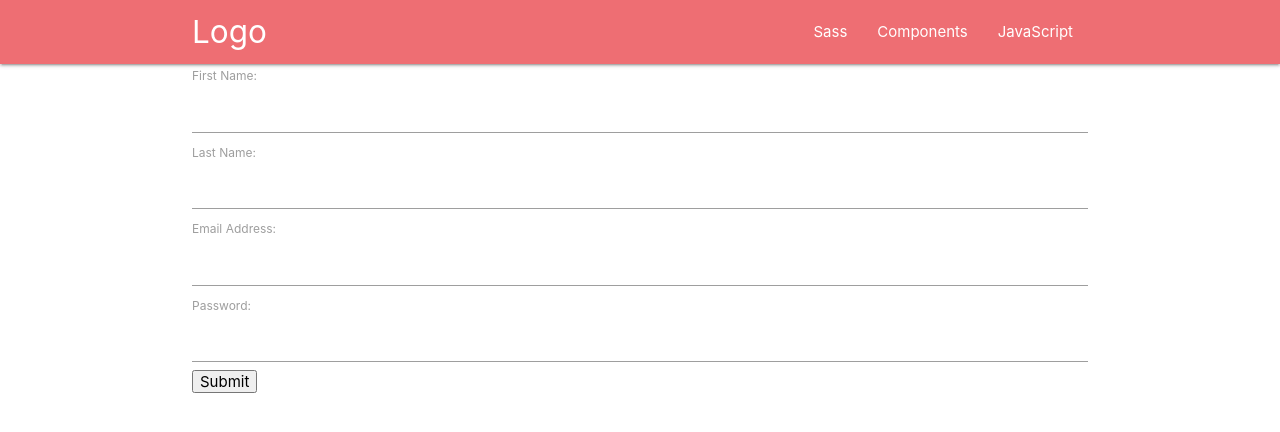
Repository: lamilekan263/contactKeep
Page: index.html
These files come from the project's save history. The page is drawn as it stood at one moment and after the next save; the edit follows.
The browser window is 1280 px wide. The pictures show the whole page.

Above is the page before, as saved 2020-09-12 08:44:50.

### index.html
<!DOCTYPE html>
<html lang="en">
<head>
    <meta charset="UTF-8">
    <meta name="viewport" content="width=device-width, initial-scale=1.0">
    <link rel="stylesheet" href="https://cdnjs.cloudflare.com/ajax/libs/materialize/1.0.0/css/materialize.min.css">
    <title>Pure Javascript Form</title>
</head>
<body>

    <nav>
        <div class='container'>
            <div class="nav-wrapper">
            <a href="#" class="brand-logo">Logo</a>
            <ul id="nav-mobile" class="right hide-on-med-and-down">
                <li><a href="sass.html">Sass</a></li>
                <li><a href="badges.html">Components</a></li>
                <li><a href="collapsible.html">JavaScript</a></li>
            </ul>
            </div>
        </div>
      </nav>
      <ul class="sidenav" id="mobile-demo">
        <li><a href="sass.html">Sass</a></li>
        <li><a href="badges.html">Components</a></li>
        <li><a href="collapsible.html">Javascript</a></li>
        <li><a href="mobile.html">Mobile</a></li>
      </ul>

    <div class="container">
        <form id="form-given">
            <div>
                <label for="first-name">First Name:</label>
                <input type="text" name="first-name">
            </div>
            <div>
                <label for="name">Last Name:</label>
                <input type="text" name="last-name">
            </div>
            <div>
                <label for="email">Email Address:</label>
                <input type="text" name="email">
            </div>
            <div>
                <label for="email">Password:</label>
                <input type="password" name="password">
            </div>
            <button>Submit</button>
        </form>
    </div>
    <script src="https://cdnjs.cloudflare.com/ajax/libs/materialize/1.0.0/js/materialize.min.js"></script>
    <script src="main.js"></script>
</body>
</html>

### main.js
// materialize side nav for mobile
document.addEventListener('DOMContentLoaded', function() {
    var elems = document.querySelectorAll('.sidenav');
    var instances = M.Sidenav.init(elems);
  });

const form = document.querySelector('#form-given');

form.addEventListener('submit', (e) =>{
    e.preventDefault();
    const firstName = form['first-name'].value;
    const lastName = form['last-name'].value
    const email = form['email'].value
    const password = form['password'].value
    console.log(`first Name = ${firstName} Last Name = ${lastName} Email = ${email} password = ${password}`)

    form.reset();
})

After the next save:
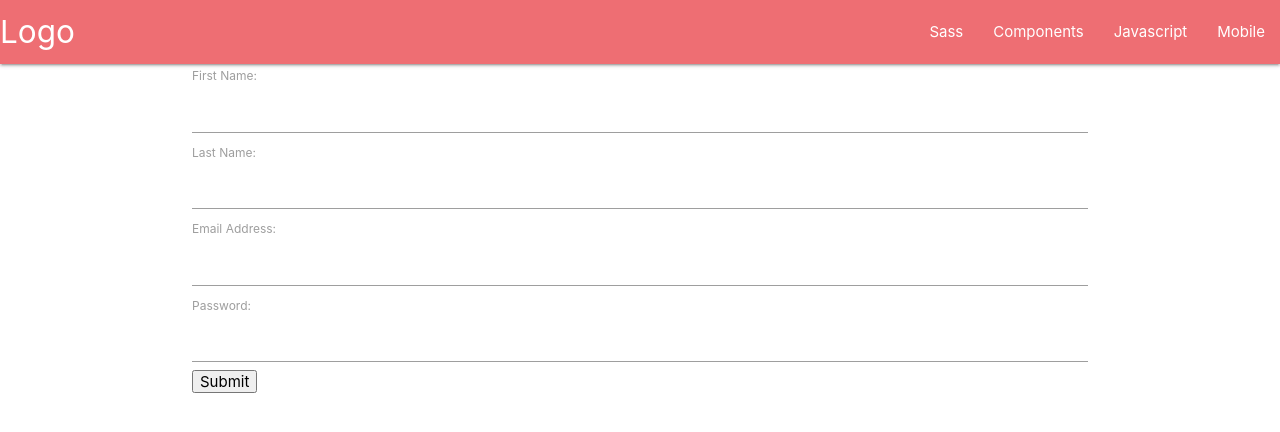
Saved 37 s later.
--- a/index.html
+++ b/index.html
@@ -8,24 +8,26 @@
 </head>
 <body>
 
-    <nav>
-        <div class='container'>
-            <div class="nav-wrapper">
-            <a href="#" class="brand-logo">Logo</a>
-            <ul id="nav-mobile" class="right hide-on-med-and-down">
-                <li><a href="sass.html">Sass</a></li>
-                <li><a href="badges.html">Components</a></li>
-                <li><a href="collapsible.html">JavaScript</a></li>
-            </ul>
-            </div>
-        </div>
-      </nav>
-      <ul class="sidenav" id="mobile-demo">
+
+  <nav>
+    <div class="nav-wrapper">
+      <a href="#!" class="brand-logo">Logo</a>
+      <a href="#" data-target="mobile-demo" class="sidenav-trigger"><i class="material-icons">menu</i></a>
+      <ul class="right hide-on-med-and-down">
         <li><a href="sass.html">Sass</a></li>
         <li><a href="badges.html">Components</a></li>
         <li><a href="collapsible.html">Javascript</a></li>
         <li><a href="mobile.html">Mobile</a></li>
       </ul>
+    </div>
+  </nav>
+
+  <ul class="sidenav" id="mobile-demo">
+    <li><a href="sass.html">Sass</a></li>
+    <li><a href="badges.html">Components</a></li>
+    <li><a href="collapsible.html">Javascript</a></li>
+    <li><a href="mobile.html">Mobile</a></li>
+  </ul>
 
     <div class="container">
         <form id="form-given">
